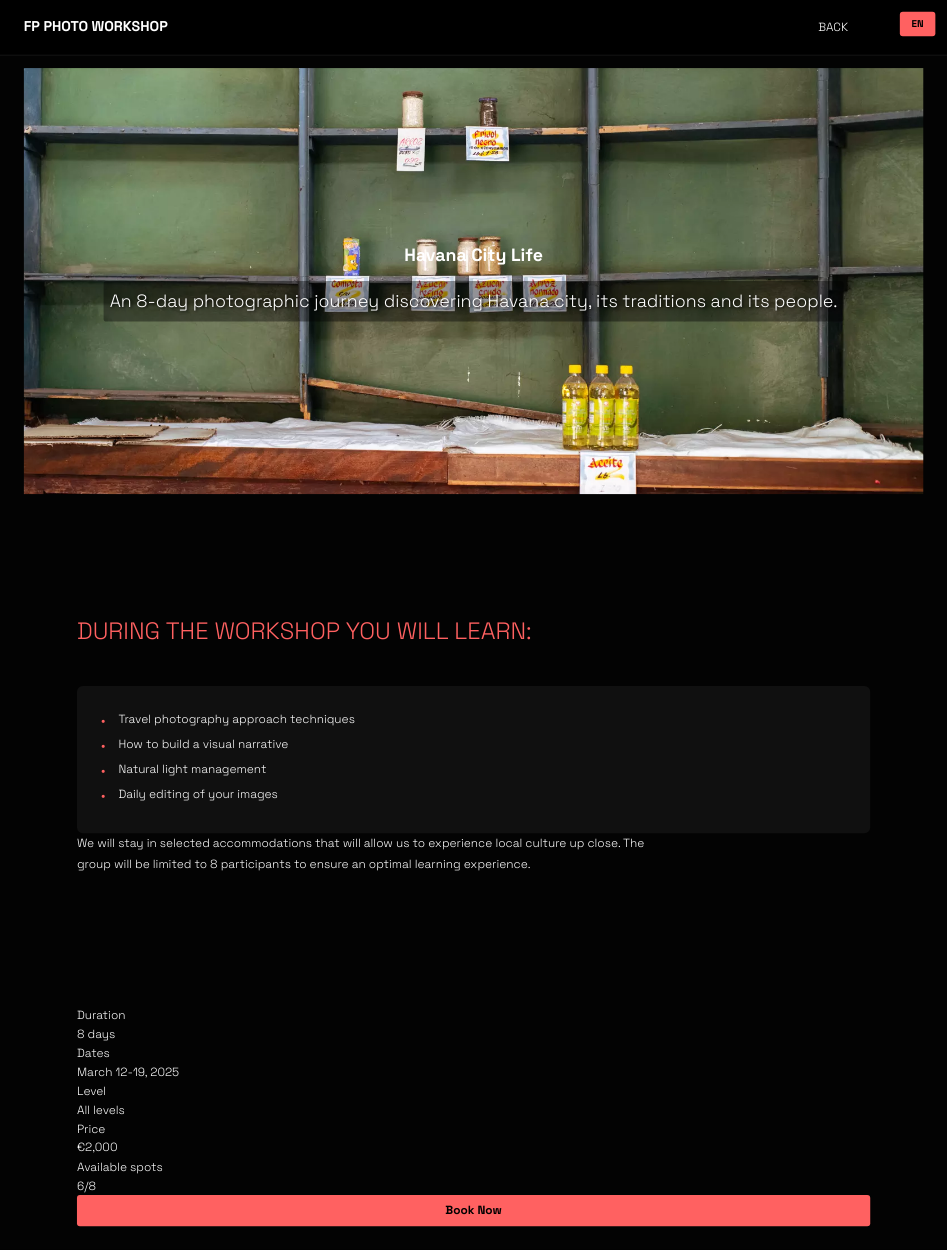
Repository: philipkdpavkia/photo-auto
Page: workshop/cuba.html
These files come from the project's save history. The page is drawn as it stood at one moment and after the next save; the edit follows.
The browser window is 1280 px wide. The pictures show the whole page, at 74% of full size.

Above is the page before, as saved 2024-11-16 23:41:59.

After the next save:
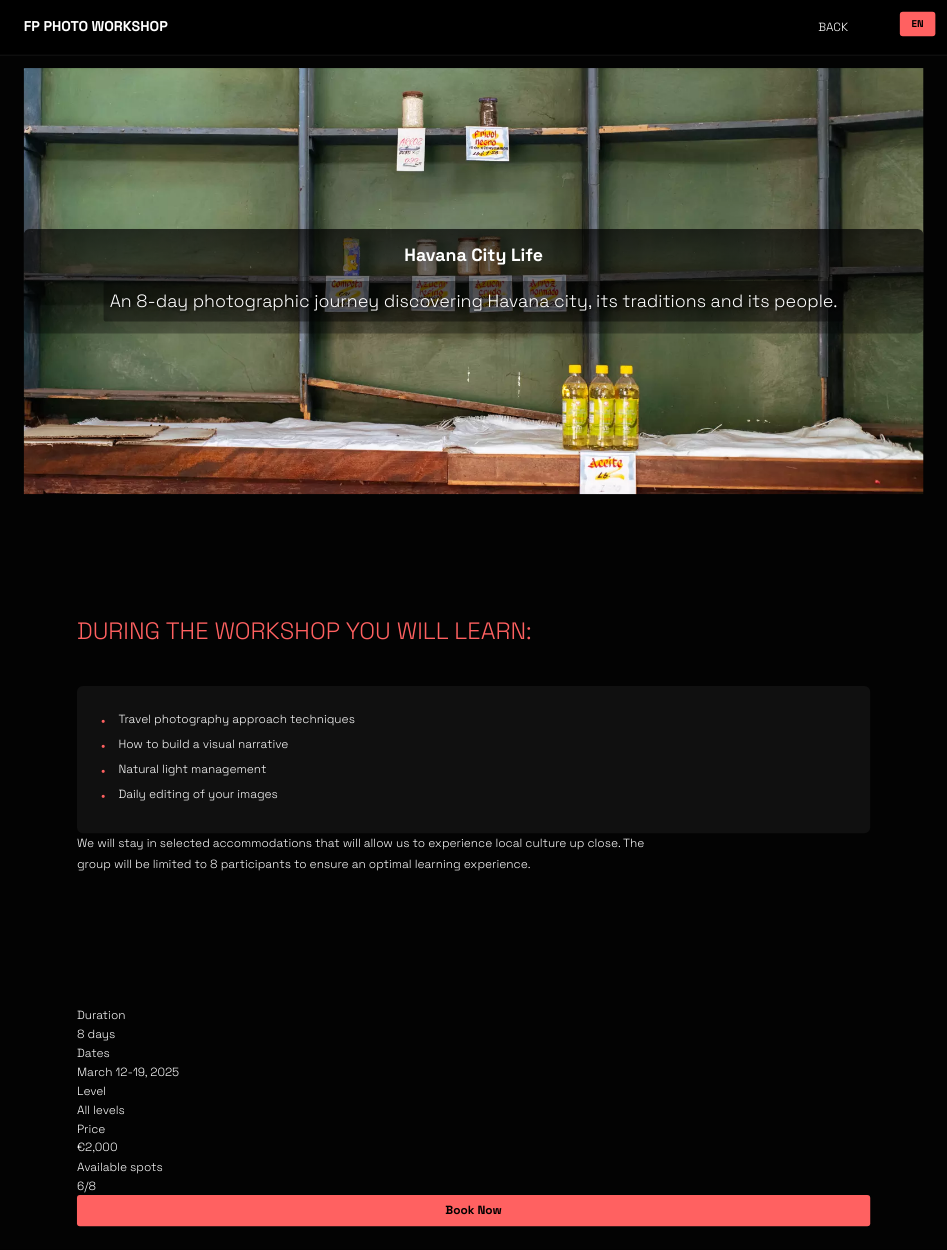
Saved 3 min 12 s later.
--- a/css/style.css
+++ b/css/style.css
@@ -231,11 +231,13 @@ body {
     text-align: center;
     z-index: 2;
     width: 100%;
-    padding: 0 1rem;
+    padding: 1rem;
     display: flex;
     flex-direction: column;
     gap: 1rem;
     align-items: center;
+    background: linear-gradient(180deg, rgba(0, 0, 0, 0.7), rgba(0, 0, 0, 0.3));
+    border-radius: 8px;
 }
 
 .workshop-text h2 {
